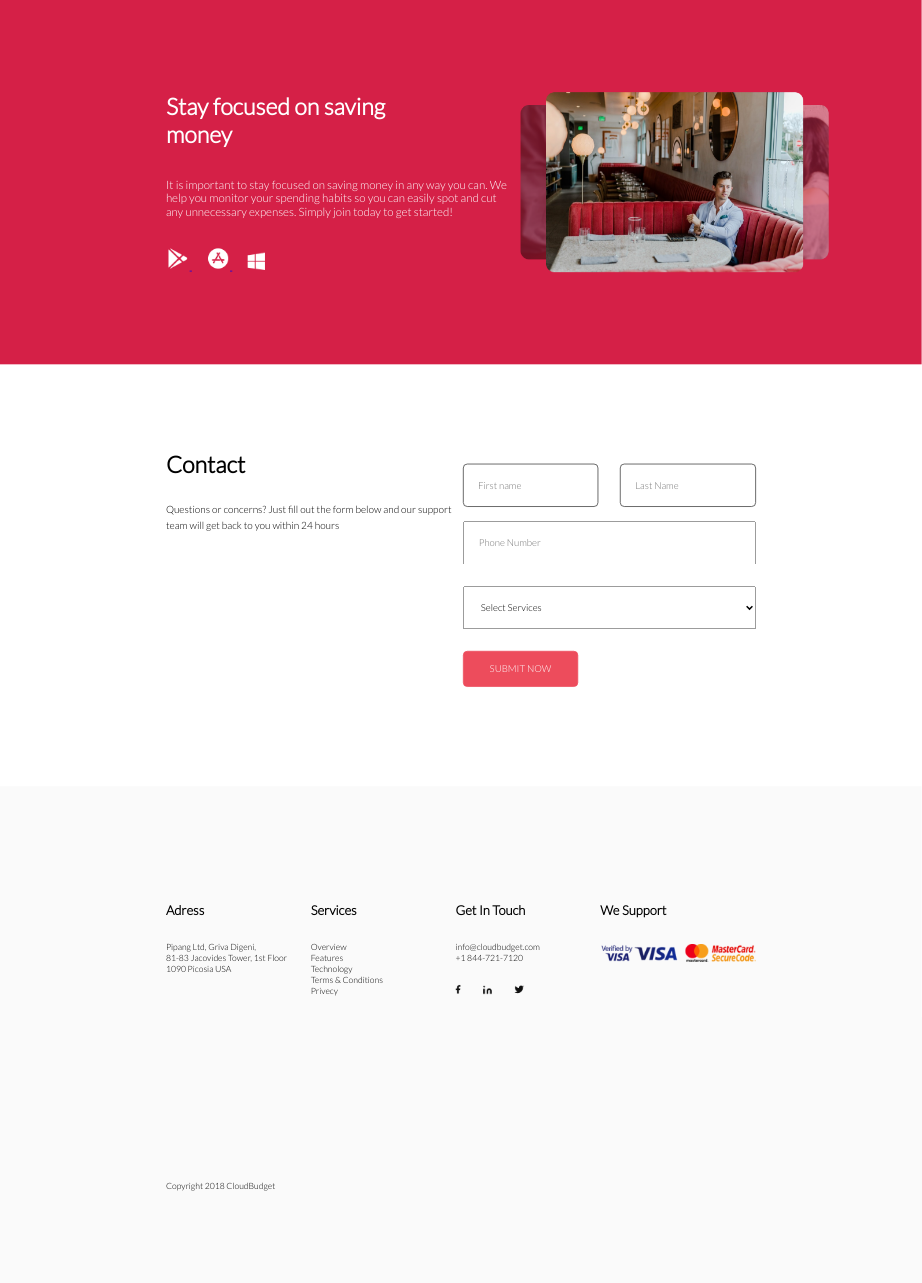
Repository: batonAnton/Cursor_lecture4
Page: index.html
These files come from the project's save history. The page is drawn as it stood at one moment and after the next save; the edit follows.
The browser window is 1280 px wide. The pictures show the whole page, at 72% of full size.

Above is the page before, as saved 2022-06-09 17:05:56.

After the next save:
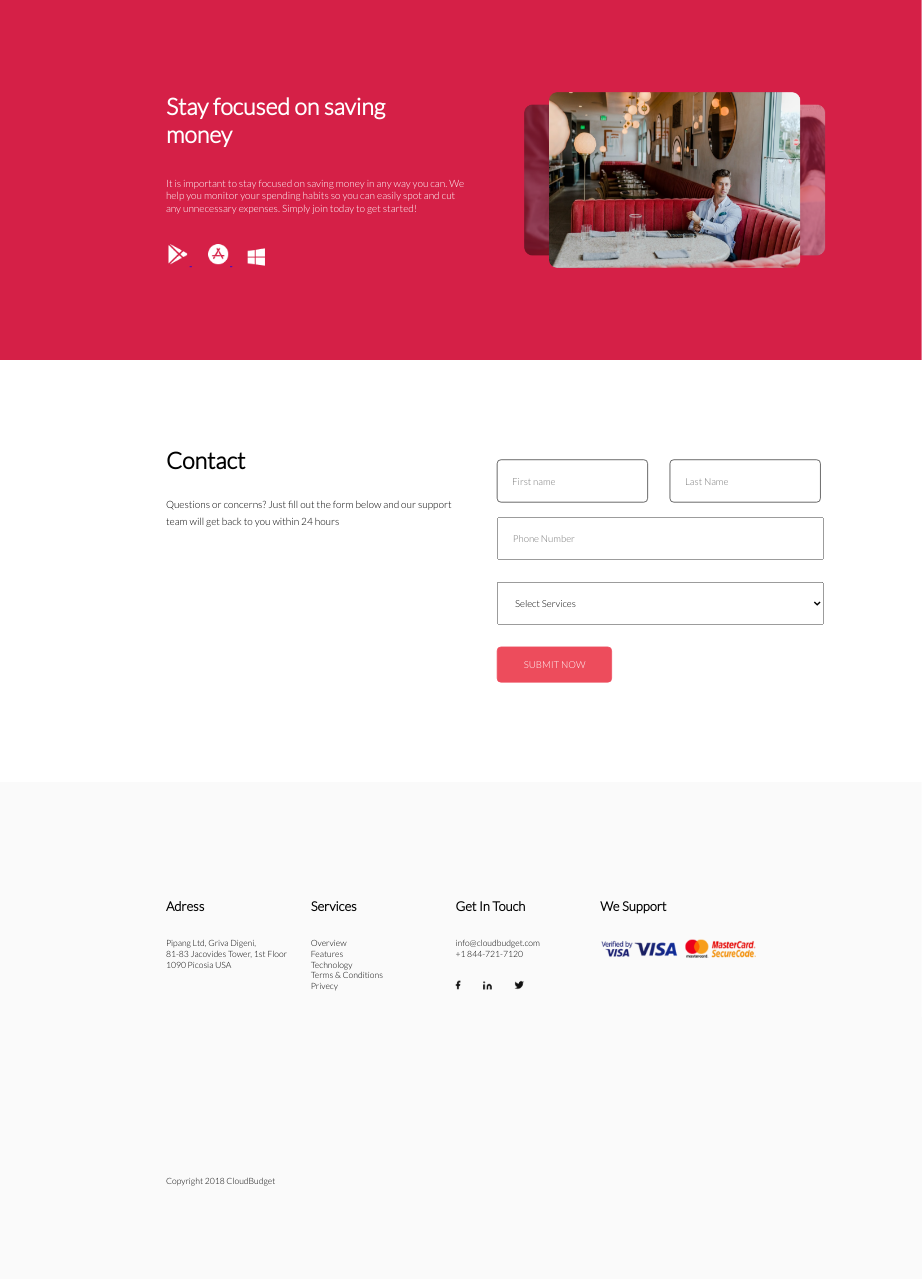
Saved 7 min 27 s later.
--- a/css/style.css
+++ b/css/style.css
@@ -6,7 +6,7 @@
   box-sizing: border-box;
 }
 
-.full-page{
+.full-page {
   /* padding:0 5% 0 5%; */
 }
 h1 {
@@ -27,13 +27,13 @@ header {
   margin-left: 10%;
 }
 
-.info-box h1{
+.info-box h1 {
   font-size: 2rem;
 }
 
 .info-box p {
   margin: 40px 0;
-  font-size 14px;
+  font-size: 14px;
 }
 
 .link_source a {
@@ -68,7 +68,7 @@ section .info-box h1 {
   font-size: 2rem;
 }
 
-section .info-box p{
+section .info-box p {
   font-size: 14px;
 }
 
@@ -80,13 +80,12 @@ section .info-box p{
   border-radius: 6px;
 }
 
-.input-fields input, select {
+.input-fields input,
+select {
   width: 80%;
   height: 60px;
   padding: 20px;
 }
-
-
 
 form div {
   display: inline-flex;
@@ -94,12 +93,11 @@ form div {
 }
 form input,
 button {
-
   margin: 10px 30px 10px 0;
 }
 
 .input-fields {
-  /* margin-right: 100px; */
+  margin-right: -106px;
 }
 
 button {
@@ -124,7 +122,6 @@ footer {
   width: 100%;
 }
 
-
 .all-block div {
   width: 30%;
 }
@@ -146,7 +143,7 @@ footer h1 {
   color: #000000;
 }
 
-select{
+select {
   margin: 20px 0 20px 0px;
 }
 
@@ -162,10 +159,10 @@ select{
   margin: 30px 30px 0px 0px;
 }
 
-.copyright{
+.copyright {
   padding: 10% 18%;
 }
 
- .option{
+.option {
   width: 100%;
 }
